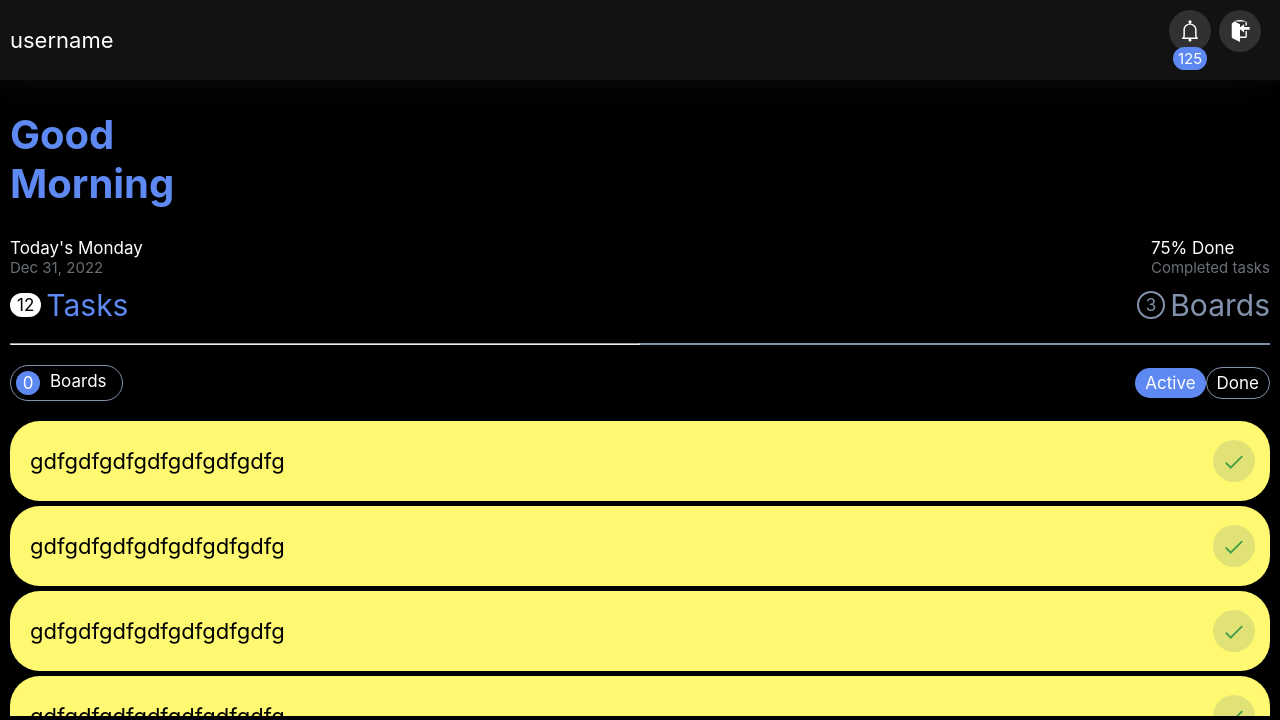
Repository: ShindanoSingi/todo-app
Page: /
The author's editor kept a copy of each file at every save. The page is drawn from the files as they stood at one save, then again after the next save.
The browser window is 1280 px wide. The pictures show the whole page.
The project was rebuilt for these pictures with package versions that can differ from the ones it lists, and the page was loaded fresh each time. Also part of the build but not shown: src/pages/LandingPage.js.

Above is the page before, as saved 2023-01-01 19:41:33.

After the next save:
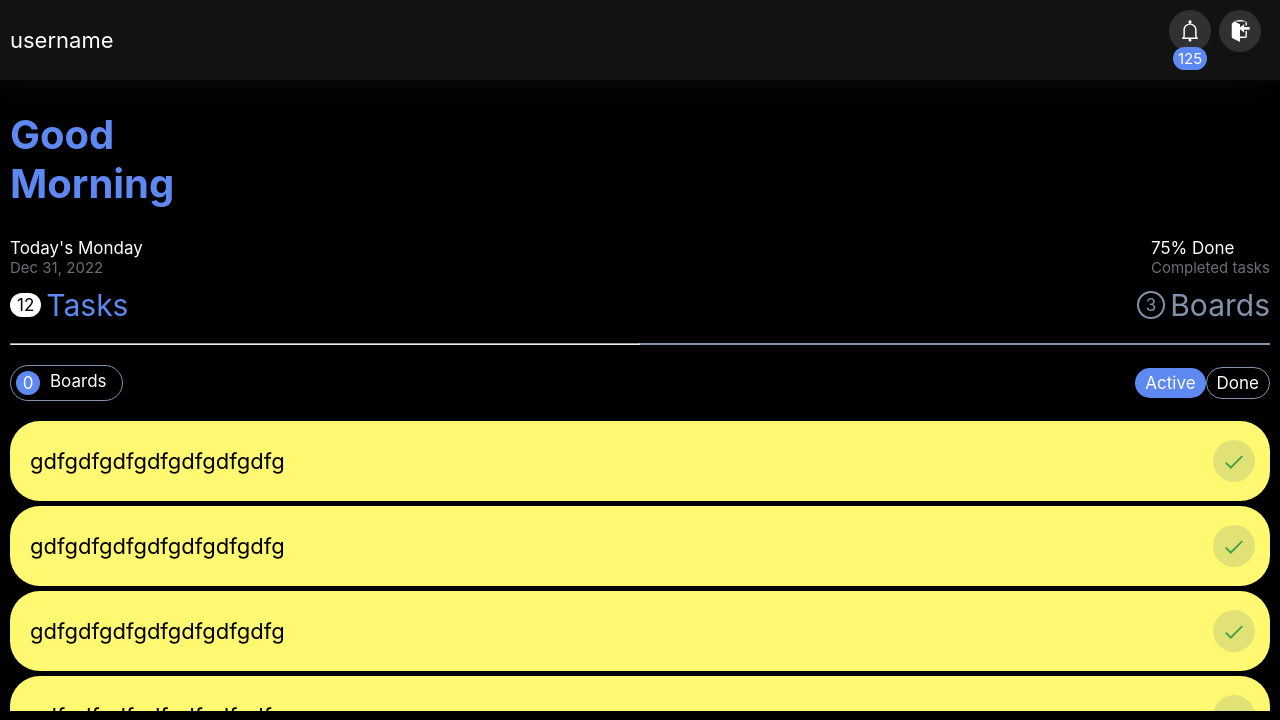
Saved 10 s later.
--- a/src/index.css
+++ b/src/index.css
@@ -259,7 +259,7 @@ h2 {
   gap: 5px;
   max-height: 290px;
   overflow-y: scroll;
-  padding-bottom: 5px;
+  padding-bottom: 5px 0;
 }
 
 .main {
